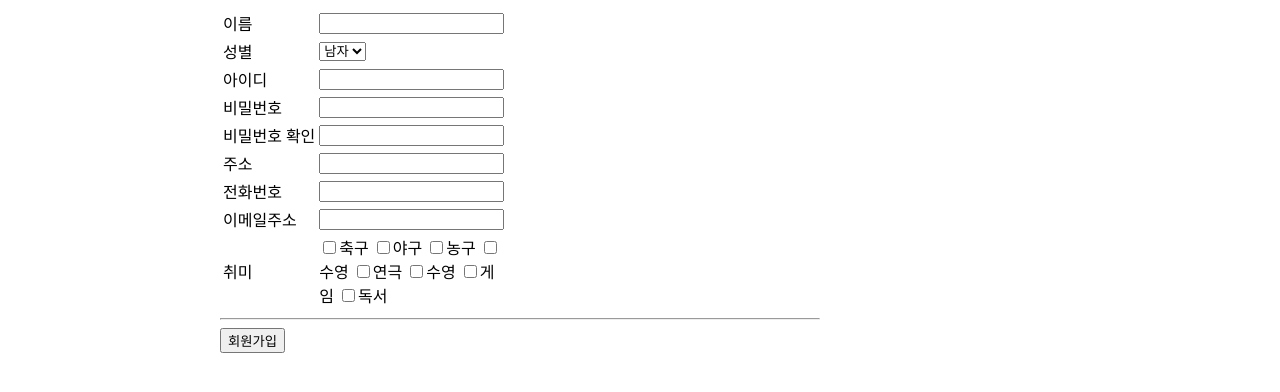
Repository: zero1128/20201113
Page: chap04/WebContent/join.html
The author's editor kept a copy of each file at every save. The page is drawn from the files as they stood at one save, then again after the next save.
The browser window is 1280 px wide. The pictures show the whole page.

Above is the page before, as saved 2020-11-05 00:39:03.

### chap04/WebContent/join.html
<!DOCTYPE html>
<html>
<head>
<meta charset="UTF-8">
<title>Insert title here</title>
<style type="text/css">
	body{
		width:1024px;
	}
	div{
		width:600px;
		margin: 0 auto;
		border-bottom-color: blue;
	}
</style>
</head>
<body>
<div>
<form action="Join">
	<table>
		<tr><td>이름</td><td><input type="text" name="name"/></td></tr>
		<tr><td>성별</td>
			<td>
				<select name="gender">
					<option value="남자">남자</option>
					<option value="여자">여자</option>
				</select>
			</td>
		</tr>
		<tr><td>아이디</td><td><input type="text" name="id"/></td></tr>
		<tr><td>비밀번호</td><td><input type="text" name="pwd"/></td></tr>
		<tr><td>비밀번호 확인</td><td><input type="text" name="cpwd"/></td></tr>
		<tr><td>주소</td><td><input type="text" name="addr"/></td></tr>
		<tr><td>전화번호</td><td><input type="text" name="phone"/></td></tr>
		<tr><td>이메일주소</td><td><input type="text" name="email"/></td></tr>
		<tr><td>취미</td>
			<td style="width:170px;"><input type="checkbox" name="hobby" value="축구"/>축구
			<input type="checkbox" name="hobby" value="야구"/>야구
			<input type="checkbox" name="hobby" value="농구"/>농구
			<input type="checkbox" name="hobby" value="수영"/>수영
			<input type="checkbox" name="hobby" value="연극"/>연극
			<input type="checkbox" name="hobby" value="수영"/>수영
			<input type="checkbox" name="hobby" value="게임"/>게임
			<input type="checkbox" name="hobby" value="독서"/>독서
			</td>
		</tr>
	</table>
	<hr>
	<input type="submit" value="회원가입"/>
</form>
</div>
</body>
</html>

After the next save:
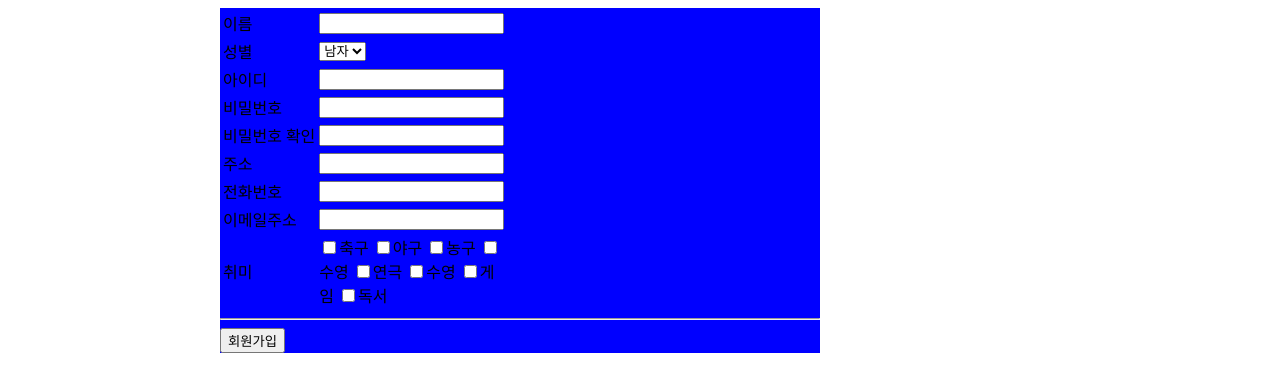
Saved 18 s later.
--- a/chap04/WebContent/join.html
+++ b/chap04/WebContent/join.html
@@ -10,7 +10,7 @@
 	div{
 		width:600px;
 		margin: 0 auto;
-		border-bottom-color: blue;
+		background-color: blue;
 	}
 </style>
 </head>
